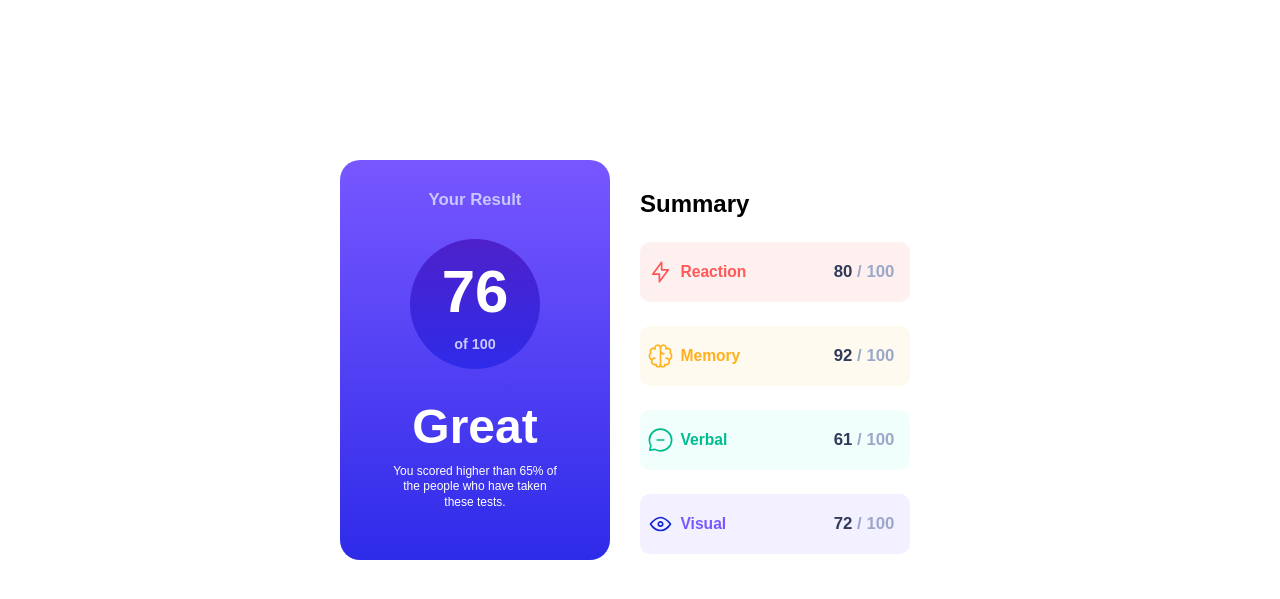
Repository: limaneto/frontend-mentor-results-summary
Page: index.html
The author's editor kept a copy of each file at every save. The page is drawn from the files as they stood at one save, then again after the next save.
The browser window is 1280 px wide. The pictures show the whole page.

Above is the page before, as saved 2023-11-06 10:38:16.

### index.html
<!DOCTYPE html>
<html lang="en">
  <head>
    <meta charset="UTF-8">
    <meta name="viewport" content="width=device-width, initial-scale=1.0">
    <link rel="stylesheet" href="style.css">
  </head>
  <body>
    <main>
      <section id='result'>
        <h1>Your Result</h1>
        <span id='score'>
          <h2>76</h2>
          <h3>of 100</h3>
        </span>
        <span id='score-message'>
          <h4>Great</h4>
          <h5>You scored higher than 65% of the people who have taken these tests.</h5>
        </span>
      </section>
      <summary>
        <h2>Summary</h2>
        <ul>
          <li id='reaction'>
            <img id='icons' src="./assets/images/icon-reaction.svg" alt="Lightning">
            Reaction
            <span>
              80 <span>/ 100</span>
            </span>
          </li>
          <li id='memory'>
            <img id='icons' src="./assets/images/icon-memory.svg" alt="Brain">
            Memory
            <span>
              92 <span>/ 100</span>
            </span>
          </li>
          <li id='verbal'>
            <img id='icons' src="./assets/images/icon-verbal.svg" alt="Cloud">
            Verbal
            <span>
              61 <span>/ 100</span>
            </span>
          </li>
          <li id='visual'>
            <img id='icons' src="./assets/images/icon-visual.svg" alt="Eye">
            Visual
            <span>
              72 <span>/ 100</span>
            </span>
          </li>
        </ul>
        <button>Continue</button>
      </summary>
    </main>
  </body>
</html>

### style.css
:root {
  --red: #ff5959;
  --orangey:	#ffb01f;
  --green: #00bd91;
  --blue: #1125d4;
  --pale-blue: #ebf1ff;
  --white: #ffffff;
  --dark-gray-blue: #303b5a;
  --lavender: #c8c7ff;
  --g-slate-blue: #7857ff;
  --g-royal-blue: #2e2be9;
  --g-violet-blue: #4e21ca;
  --g-persian-blue: #2421ca;
}

@font-face {
  font-family: 'HankenGrotesk', sans-serif;
  src: url(./assets/fonts//HankenGrotesk-VariableFont_wght.ttf);
}

* {
  box-sizing: border-box;
  margin: 0;
  padding: 0;
  overflow: hidden;
}

html, body {
  font-size: 62.5%;
  font-family: 'HankenGrotesk', sans-serif;
  height: 100vh;
  width: 100vw;
}

li {
  display: block;
}

main {
  height: 100%;
  width: 100%;
}

section {
  display: flex;
  flex-direction: column;
  align-items: center;
  justify-content: space-evenly;
  height: 40%;
  background: linear-gradient(0deg, var(--g-royal-blue), var(--g-slate-blue));
  border-bottom-left-radius: 30px;
  border-bottom-right-radius: 30px;
  color: var(--white);
}

section > h1 {
  font-size: 1.4rem;
  color: var(--lavender);
}

#score {
  display: flex;
  flex-direction: column;
  justify-content: center;
  gap: 10px;
  text-align: center;
  height: 130px;
  width: 130px;
  border-radius: 6rem;
  background: linear-gradient(180deg, var(--g-violet-blue), var(--g-royal-blue));
}

#score > h2 {
  font-size: 2rem;
  font-size: 5rem;
}

#score > h3 {
  font-size: 1.2rem;
  color: var(--lavender);
}

#score-message {
  text-align: center;
}

#score-message > h4 {
  font-size: 2.2rem;
}

#score-message > h5 {
  padding: 10px 4rem;
  line-height: 2.2rem;
  font-size: 1.5rem;
  font-weight: 400;
  margin-bottom: 10px;
}

summary {
  padding: 30px;
}

summary > h2 {
  font-size: 2rem;
}

summary > ul > li {
  font-size: 1.3rem;
  font-weight: bold;
  display: flex;
  align-items: center;
  width: 100%;
  height: 60px;
  border-radius: 10px;
  background-color: #00bd91;
  margin: 24px 0;
}

#reaction {
  color: var(--red);
  background-color: hsl(0, 100%, 97%);
}

#memory {
  color: var(--orangey);
  background-color: hsl(39, 100%, 97%);
}

#verbal {
  color: var(--green);
  background-color: hsl(166, 100%, 97%);
}

#visual {
  color: var(--g-slate-blue);
  background-color: hsl(252, 100%, 97%);
}

#icons {
  width: 15%;
  height: 2.2rem;
}

li > span {
  color: var(--dark-gray-blue);
  font-size: 1.4rem;
  margin-right: 1.3rem;
  margin-left: auto;
}

li > span > span {
  color: hsl(224, 30%, 70%);
}

summary > button {
  background-color: var(--dark-gray-blue);
  width: 100%;
  height: 60px;
  color: var(--white);
  border: none;
  border-radius: 3.2rem;
  font-size: 1.6rem;
}

@media screen and (min-width: 768px) {
  html, body {
    display: flex;
    align-items: center;
    justify-content: center;
    font-size: 75%;
  }

  main {
    max-width: 600px;
    max-height: 400px;
    display: flex;
    align-items: center;
    justify-content: center;
  }

  section {
    flex: 1;
    height: 100%;
    border-radius: 20px;
  }

  summary {
    flex: 1;
    height: 100%;
  }

  #score-message > h4 {
    font-size: 4rem;
  }

  #score-message > h5 {
    line-height: 1.3rem;
    font-size: 1rem;
  }

}

After the next save:
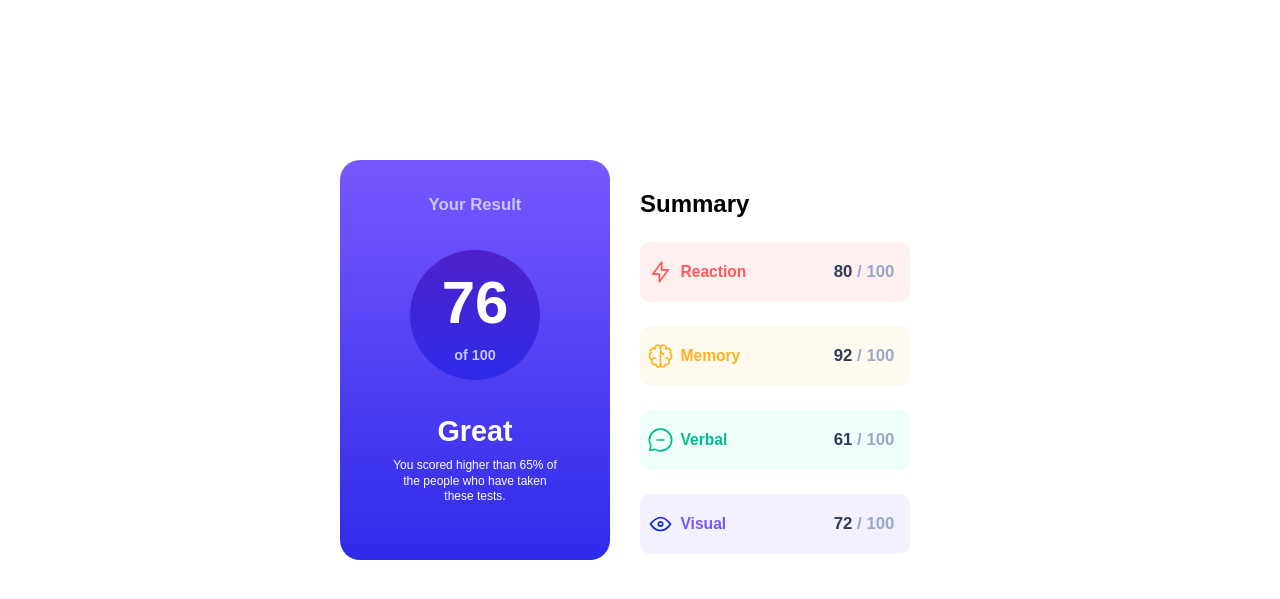
Saved 6 s later.
--- a/style.css
+++ b/style.css
@@ -190,7 +190,7 @@ summary > button {
   }
 
   #score-message > h4 {
-    font-size: 4rem;
+    font-size: 2.4rem;
   }
 
   #score-message > h5 {
